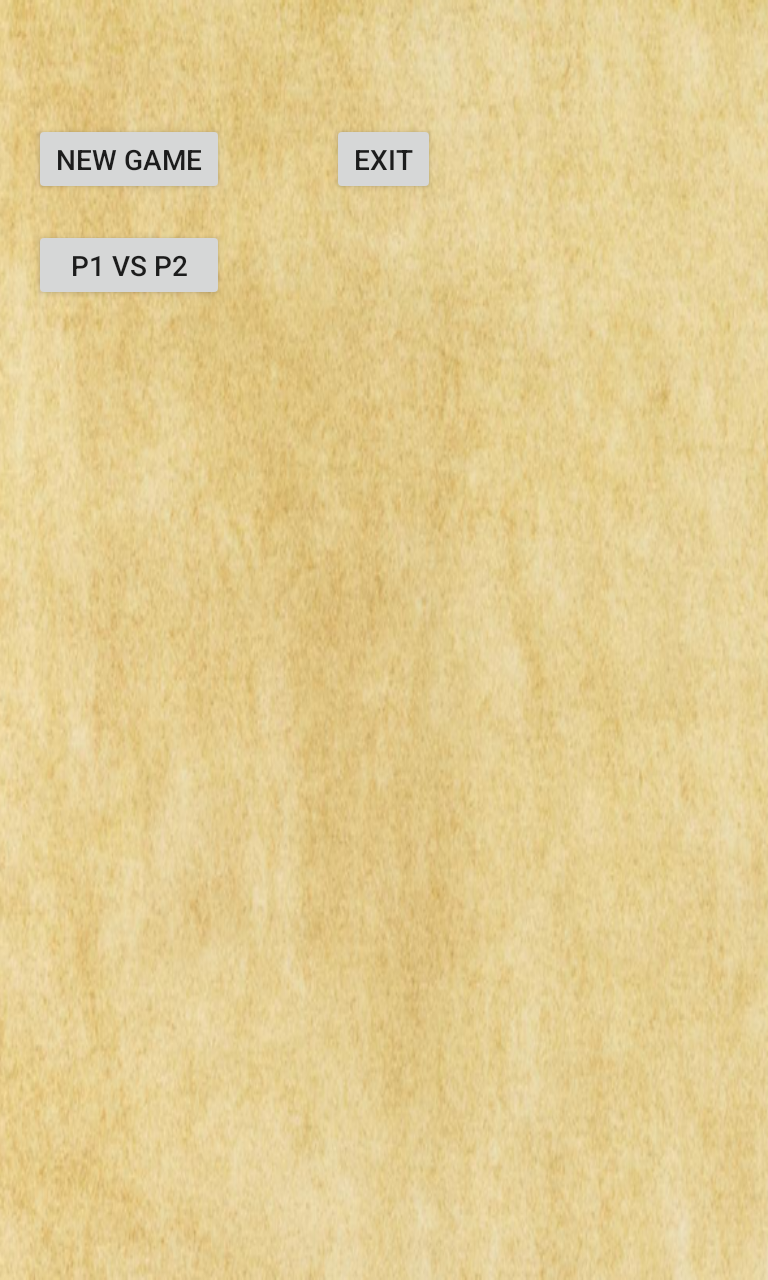
Repository: dtakiy/jogovelha
Layout: games/res/layout/activity_main.xml
An editor plug-in stored every save of this project. The layout is shown before and after the next save, followed by the edit.
It is drawn on a 768 x 1280 px phone screen (xhdpi) without system bars, with theme AppTheme; the app's code is not run.

Above is the layout before, as saved 2014-09-18 01:06:50.

### games/res/layout/activity_main.xml
<RelativeLayout xmlns:android="http://schemas.android.com/apk/res/android"
    xmlns:tools="http://schemas.android.com/tools"
    android:layout_width="fill_parent"
    android:layout_height="fill_parent"
    android:background="@drawable/background"
    android:paddingBottom="@dimen/activity_vertical_margin"
    android:paddingLeft="@dimen/activity_horizontal_margin"
    android:paddingRight="@dimen/activity_horizontal_margin"
    android:paddingTop="@dimen/activity_vertical_margin"
    tools:context="com.example.games.MainActivity" >

    <Button
        android:id="@+id/newgame"
        android:layout_width="wrap_content"
        android:layout_height="wrap_content"
        android:layout_alignBaseline="@+id/sair"
        android:layout_alignBottom="@+id/sair"
        android:minHeight="20dip"
        android:minWidth="20dip"
        android:text="@string/newgame" />

    <Button
        android:id="@+id/sair"
        android:layout_width="wrap_content"
        android:layout_height="wrap_content"
        android:layout_alignTop="@+id/camporesultado"
        android:layout_centerHorizontal="true"
        android:layout_marginTop="44dp"
        android:minHeight="20dip"
        android:minWidth="20dip"
        android:text="@string/sair" />

    <Button
        android:id="@+id/p1"
        android:layout_width="wrap_content"
        android:layout_height="wrap_content"
        android:layout_alignLeft="@+id/newgame"
        android:layout_alignRight="@+id/newgame"
        android:layout_below="@+id/newgame"
        android:layout_marginTop="14dp"
        android:minHeight="20dip"
        android:minWidth="20dip"
        android:text="@string/p1" />

</RelativeLayout>

### games/res/values/strings.xml
<?xml version="1.0" encoding="utf-8"?>
<resources>

    <string name="app_name">Tic Tac Game</string>
    <string name="hello_world">Welcome to Tic Tac Game</string>
    <string name="action_settings">Settings</string>
    <string name="sair">Exit</string>
    <string name="newgame">New Game</string>
    <string name="p1">P1 Vs P2</string>

</resources>

Loaded but not shown: games/res/values/styles.xml (common file); games/res/values-v11/styles.xml (common file); games/res/values-v14/styles.xml (common file); games/res/values/dimens.xml (common file); games/res/values-w820dp/dimens.xml (common file)

After the next save:
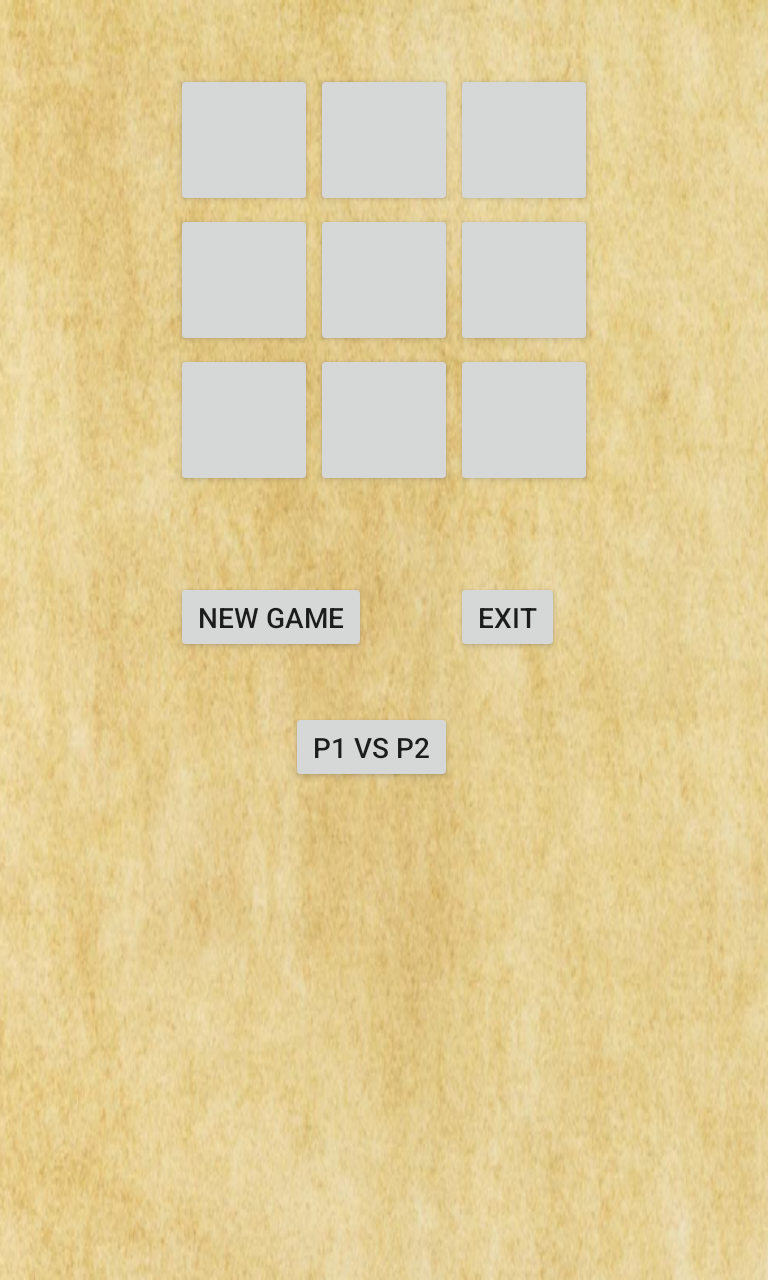
Saved 2 min 3 s later.
--- a/games/res/layout/activity_main.xml
+++ b/games/res/layout/activity_main.xml
@@ -9,37 +9,125 @@
     android:paddingTop="@dimen/activity_vertical_margin"
     tools:context="com.example.games.MainActivity" >
 
-    <Button
-        android:id="@+id/newgame"
-        android:layout_width="wrap_content"
-        android:layout_height="wrap_content"
-        android:layout_alignBaseline="@+id/sair"
-        android:layout_alignBottom="@+id/sair"
-        android:minHeight="20dip"
-        android:minWidth="20dip"
-        android:text="@string/newgame" />
 
-    <Button
-        android:id="@+id/sair"
-        android:layout_width="wrap_content"
-        android:layout_height="wrap_content"
-        android:layout_alignTop="@+id/camporesultado"
-        android:layout_centerHorizontal="true"
-        android:layout_marginTop="44dp"
-        android:minHeight="20dip"
-        android:minWidth="20dip"
-        android:text="@string/sair" />
+	<Button
+	    android:id="@+id/quadrado6"
+	    android:layout_width="wrap_content"
+	    android:layout_height="wrap_content"
+	    android:layout_alignBaseline="@+id/quadrado5"
+	    android:layout_alignBottom="@+id/quadrado5"
+	    android:layout_toRightOf="@+id/quadrado5"
+	    android:minHeight="70dip"
+	    android:minWidth="70dip" />
 
-    <Button
-        android:id="@+id/p1"
-        android:layout_width="wrap_content"
-        android:layout_height="wrap_content"
-        android:layout_alignLeft="@+id/newgame"
-        android:layout_alignRight="@+id/newgame"
-        android:layout_below="@+id/newgame"
-        android:layout_marginTop="14dp"
-        android:minHeight="20dip"
-        android:minWidth="20dip"
-        android:text="@string/p1" />
+	<Button
+	    android:id="@+id/quadrado8"
+	    android:layout_width="wrap_content"
+	    android:layout_height="wrap_content"
+	    android:layout_alignBaseline="@+id/quadrado7"
+	    android:layout_alignBottom="@+id/quadrado7"
+	    android:layout_toRightOf="@+id/quadrado4"
+	    android:minHeight="70dip"
+	    android:minWidth="70dip" />
+
+	<Button
+	    android:id="@+id/quadrado3"
+	    android:layout_width="wrap_content"
+	    android:layout_height="wrap_content"
+	    android:layout_alignLeft="@+id/quadrado9"
+	    android:layout_below="@+id/quadrado5"
+	    android:minHeight="70dip"
+	    android:minWidth="70dip" />
+
+	<Button
+	    android:id="@+id/quadrado5"
+	    android:layout_width="wrap_content"
+	    android:layout_height="wrap_content"
+	    android:layout_below="@+id/quadrado1"
+	    android:layout_toRightOf="@+id/quadrado1"
+	    android:minHeight="70dip"
+	    android:minWidth="70dip" />
+
+	<Button
+	    android:id="@+id/quadrado2"
+	    android:layout_width="wrap_content"
+	    android:layout_height="wrap_content"
+	    android:layout_alignBaseline="@+id/quadrado9"
+	    android:layout_alignBottom="@+id/quadrado9"
+	    android:layout_centerHorizontal="true"
+	    android:minHeight="70dip"
+	    android:minWidth="70dip" />
+
+	<Button
+	    android:id="@+id/quadrado1"
+	    android:layout_width="wrap_content"
+	    android:layout_height="wrap_content"
+	    android:layout_alignBaseline="@+id/quadrado2"
+	    android:layout_alignBottom="@+id/quadrado2"
+	    android:layout_toLeftOf="@+id/quadrado2"
+	    android:minHeight="70dip"
+	    android:minWidth="70dip" />
+
+	<Button
+	    android:id="@+id/quadrado9"
+	    android:layout_width="wrap_content"
+	    android:layout_height="wrap_content"
+	    android:layout_alignTop="@+id/camporesultado"
+	    android:layout_marginTop="19dp"
+	    android:layout_toRightOf="@+id/quadrado2"
+	    android:minHeight="70dip"
+	    android:minWidth="70dip" />
+
+	<Button
+	    android:id="@+id/quadrado4"
+	    android:layout_width="wrap_content"
+	    android:layout_height="wrap_content"
+	    android:layout_above="@+id/quadrado3"
+	    android:layout_toLeftOf="@+id/quadrado5"
+	    android:minHeight="70dip"
+	    android:minWidth="70dip" />
+
+	<Button
+	    android:id="@+id/quadrado7"
+	    android:layout_width="wrap_content"
+	    android:layout_height="wrap_content"
+	    android:layout_alignBaseline="@+id/quadrado3"
+	    android:layout_alignBottom="@+id/quadrado3"
+	    android:layout_toLeftOf="@+id/quadrado8"
+	    android:minHeight="70dip"
+	    android:minWidth="70dip" />
+
+		<Button
+		    android:id="@+id/newgame"
+		    android:layout_width="wrap_content"
+		    android:layout_height="wrap_content"
+		    android:layout_alignBaseline="@+id/sair"
+		    android:layout_alignBottom="@+id/sair"
+		    android:layout_alignLeft="@+id/quadrado7"
+		    android:minHeight="20dip"
+		    android:minWidth="20dip"
+		    android:text="@string/newgame" />
+
+		<Button
+		    android:id="@+id/sair"
+		    android:layout_width="wrap_content"
+		    android:layout_height="wrap_content"
+		    android:layout_alignLeft="@+id/quadrado3"
+		    android:layout_below="@+id/quadrado3"
+		    android:layout_marginTop="44dp"
+		    android:minHeight="20dip"
+		    android:minWidth="20dip"
+		    android:text="@string/sair" />
+
+	  <Button
+	      android:id="@+id/p1"
+	      android:layout_width="wrap_content"
+	      android:layout_height="wrap_content"
+	      android:layout_below="@+id/newgame"
+	      android:layout_marginTop="26dp"
+	      android:layout_toLeftOf="@+id/sair"
+	      android:minHeight="20dip"
+	      android:minWidth="20dip"
+	      android:text="@string/p1" />
 
 </RelativeLayout>
